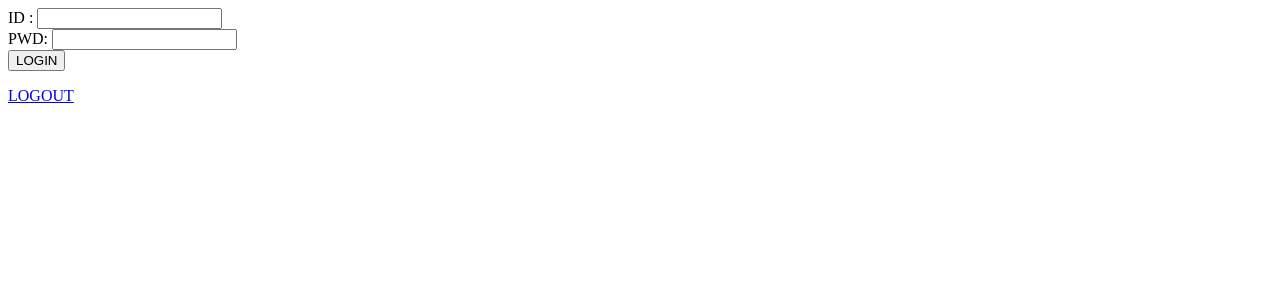
Repository: hrk09/JSPServlet
Page: http://localhost/edu/exam06.jsp
These files come from the project's save history. The page is drawn as it stood at one moment and after the next save; the edit follows.
The browser window is 1280 px wide. The pictures show the whole page.
The page is served by Tomcat 9. Nobody is signed in. The application's start-up code is not run.

Above is the page before, as saved 2022-06-30 05:42:07.

After the next save:
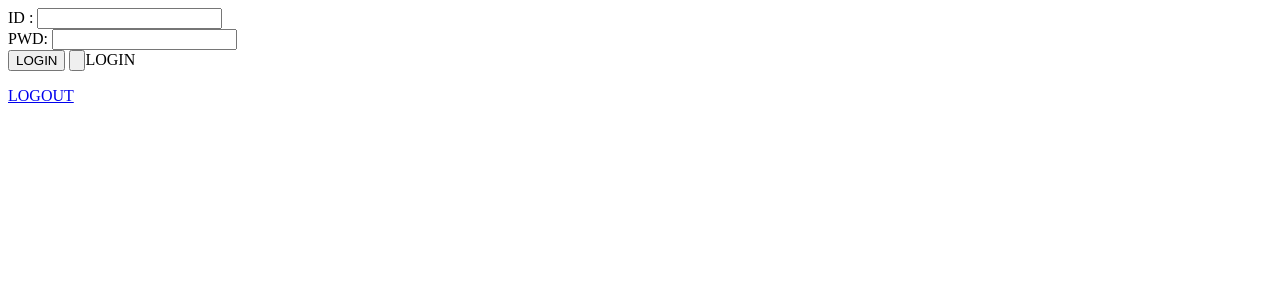
Saved 19 s later.
--- a/edu/WebContent/exam06.jsp
+++ b/edu/WebContent/exam06.jsp
@@ -6,6 +6,7 @@
 <form action="logProc.jsp" method="post">
 	ID : <input type="text" name="id"><br>
 	PWD: <input	type="password" name="pwd"><br> <input type="submit" value="LOGIN">
+	<input type="submit" value>LOGIN
 </form>
 
 <p>
